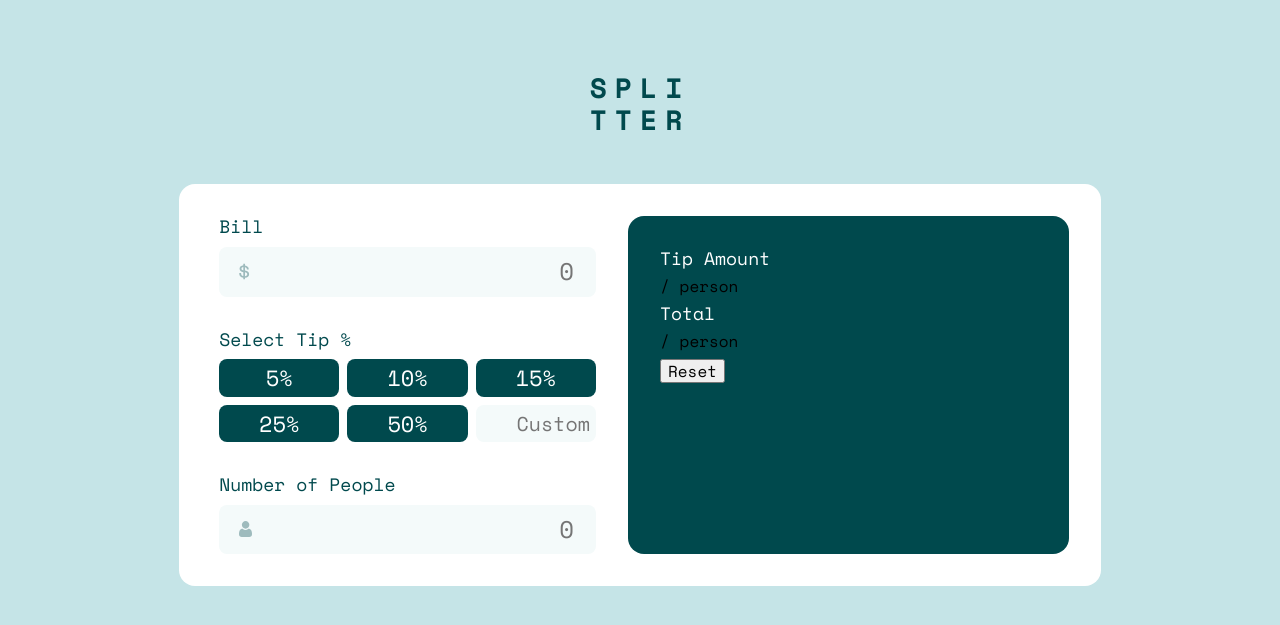
Repository: Jay-JYKim91/FM_tip-calculator
Page: index.html
An editor plug-in stored every save of this project. The page is shown before and after the next save, followed by the edit.
The browser window is 1280 px wide. The pictures show the whole page.

Above is the page before, as saved 2021-12-21 22:27:44.

### index.html
<!DOCTYPE html>
<html lang="en">
<head>
  <meta charset="UTF-8">
  <meta name="viewport" content="width=device-width, initial-scale=1.0"> <!-- displays site properly based on user's device -->

  <link rel="icon" type="image/png" sizes="32x32" href="./images/favicon-32x32.png">

  <title>Tip calculator</title>
  <link rel="preconnect" href="https://fonts.googleapis.com">
  <link rel="preconnect" href="https://fonts.gstatic.com" crossorigin>
  <link href="https://fonts.googleapis.com/css2?family=Space+Mono:wght@400;700&display=swap" rel="stylesheet">
  <link rel="stylesheet" href="https://cdnjs.cloudflare.com/ajax/libs/normalize/8.0.1/normalize.min.css" integrity="sha512-NhSC1YmyruXifcj/KFRWoC561YpHpc5Jtzgvbuzx5VozKpWvQ+4nXhPdFgmx8xqexRcpAglTj9sIBWINXa8x5w==" crossorigin="anonymous" referrerpolicy="no-referrer" />
  <link rel="stylesheet" href="style.css">
  <script src="main.js" defer></script>

</head>
<body>
  <main class="container">
    <h1 class="main_title">Spli<br>tter</h1>
    <section class="calculator_wrapper">
      <article class="input_wrapper">
        <div>
          <p class="title">Bill</p>
          <div class="input_form">
            <img src="./images/icon-dollar.svg" alt="dollar">
            <input type="tel" placeholder="0">
          </div>
        </div>
        <div>
          <p class="title">Select Tip %</p>
          <div class="tip_options">
            <button class="tip_option">5%</button>
            <button class="tip_option">10%</button>
            <button class="tip_option">15%</button>
            <button class="tip_option">25%</button>
            <button class="tip_option">50%</button>
            <input type="tel" id="custom_tip" class="tip_option" placeholder="Custom" autocomplete="off">
          </div>
        </div>
        <div>
          <p class="title">Number of People</p>
          <div class="input_form">
            <img src="./images/icon-person.svg" alt="person">
            <input type="tel" placeholder="0">
          </div>
        </div>
      </article>
      <article class="result_wrapper">
        <div class="result_rows">
          <div class="result_row">
            <div class="result_title_wrapper">
              <p class="title">Tip Amount</p>
              <p class="subtitle">/ person</p>
            </div>
            <p id="tipAmountPrice"></p>
          </div>
          <div class="result_row">
            <div class="result_title_wrapper">
              <p class="title">Total</p>
              <p class="subtitle">/ person</p>
            </div>
            <p id="totalPrice"></p>
          </div>
        </div>
        <div>
          <button>Reset</button>
        </div>
      </article>
    </section>
  </main>
</body>
</html>

### style.css
:root {
  --body-font: "Space Mono", monospace;

  --strong-cyan: hsl(172, 67%, 45%);
  --very-dark-cyan: hsl(183, 100%, 15%);
  --dark-grayish-cyan1: hsl(186, 14%, 43%);
  --dark-grayish-cyan2: hsl(184, 14%, 56%);
  --light-grayish-cyan1: hsl(185, 41%, 84%);
  --light-grayish-cyan2: hsl(189, 41%, 97%);
  --white: hsl(0, 0%, 100%);
}
body {
  background-color: var(--light-grayish-cyan1);
  font-family: var(--body-font);
}
.container {
  margin: 10vh 14vw;
}
.main_title {
  margin: 3rem;
  text-align: center;
  text-transform: uppercase;
  letter-spacing: 8px;
  color: var(--very-dark-cyan);
  font-size: 1.75rem;
}
.calculator_wrapper {
  background-color: var(--white);
  display: flex;
  justify-content: space-between;
  padding: 2rem;
  border-radius: 1rem;
}
.input_wrapper {
  flex-basis: 50%;
  padding: 0 2em 0 0.5em;
}
.input_wrapper div {
  margin-bottom: 2rem;
}
.input_wrapper div:last-child {
  margin-bottom: 0;
}
.tip_options {
  display: grid;
  grid-template-columns: repeat(3, 1fr);
  grid-gap: 0.5em;
}
.tip_option {
  border: none;
  background-color: var(--very-dark-cyan);
  color: var(--white);
  font-family: var(--body-font);
  padding: 6px;
  font-size: 22px;
  border-radius: 0.5rem;
  cursor: pointer;
  transition: all 0.1s ease-in-out;
}
.tip_option:hover {
  background-color: var(--light-grayish-cyan1);
  color: var(--very-dark-cyan);
}
.tip_option:focus {
  background-color: var(--strong-cyan);
  color: var(--very-dark-cyan);
}
#custom_tip {
  width: 100%;
  /* border: none; */
  background-color: var(--light-grayish-cyan2);
  /* padding: 10px 6px; */
  box-sizing: border-box;
  text-align: right;
  font-size: 20px;
  /* border-radius: 0.5rem; */
  color: var(--very-dark-cyan);
}
#custom_tip:focus {
  outline: none;
}
.title {
  margin: 0 0 10px 0;
  color: var(--very-dark-cyan);
  font-size: 18px;
}
.input_form {
  display: flex;
  align-items: center;
  justify-content: space-between;
  background-color: var(--light-grayish-cyan2);
  padding: 10px 20px;
  border-radius: 0.5rem;
}
.input_form input {
  width: 90%;
  font-size: 24px;
  border: none;
  background-color: var(--light-grayish-cyan2);
  text-align: right;
  color: var(--very-dark-cyan);
}
.input_form input:focus {
  outline: none;
}
.result_wrapper {
  background-color: var(--very-dark-cyan);
  flex-basis: 50%;
  border-radius: 1rem;
  padding: 2em;
}
.result_title_wrapper p {
  margin: 0 0 0.5rem 0;
}
.result_wrapper .title {
  color: var(--white);
  /* margin: 0 0 10px 0; */
}
.subtitle {
  color: var(--dark-grayish-cyan);
}
.result_row {
  display: flex;
  align-items: center;
  justify-content: space-between;
}
/* Tablet size */
@media (min-width: 768px) and (max-width: 1023px) {
}

/* Mobile size */
@media (max-width: 767px) {
}

Loaded but not shown: main.js (empty)

After the next save:
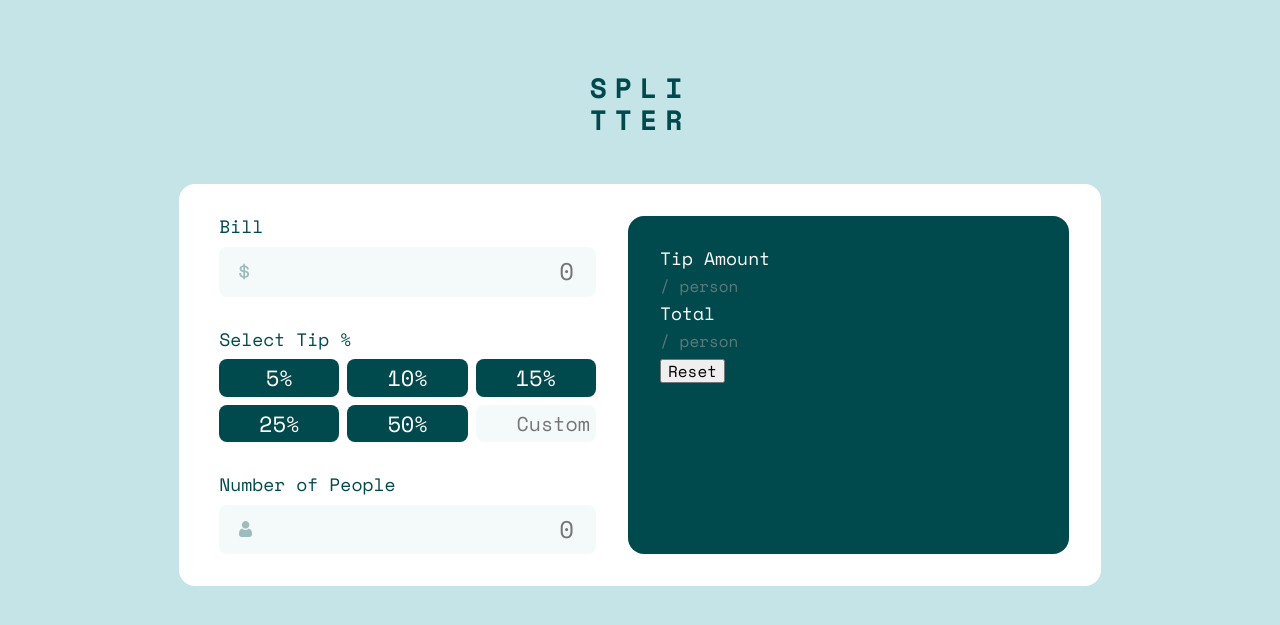
Saved 4 s later.
--- a/style.css
+++ b/style.css
@@ -117,7 +117,7 @@ body {
   /* margin: 0 0 10px 0; */
 }
 .subtitle {
-  color: var(--dark-grayish-cyan);
+  color: var(--dark-grayish-cyan1);
 }
 .result_row {
   display: flex;
